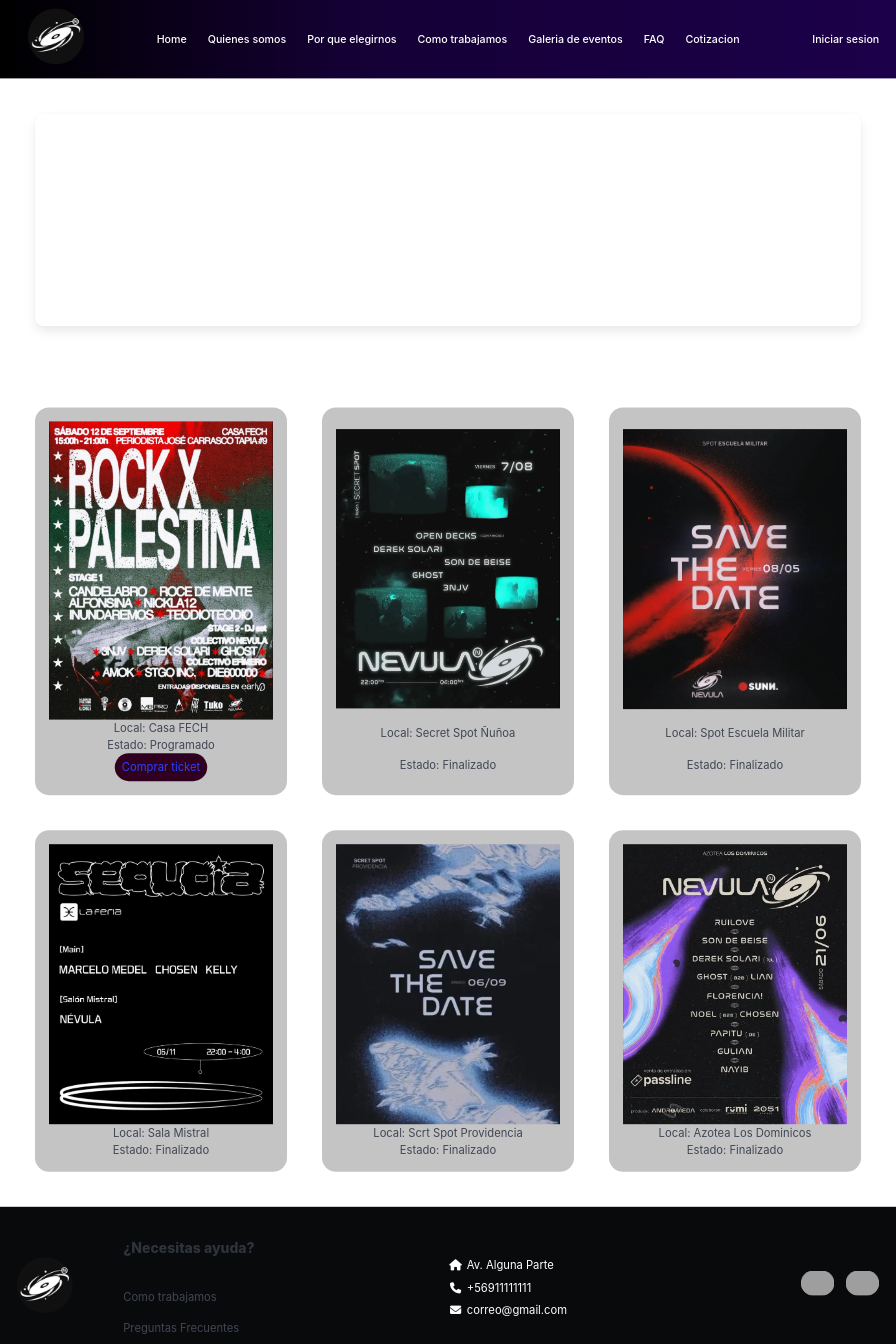
Repository: ChrisMalhue/PaginaNebula
Page: pages/eventos.html
An editor plug-in stored every save of this project. The page is shown before and after the next save, followed by the edit.
The browser window is 1280 px wide. The pictures show the part of the page from y = 0 to 1920 px (the page is 2003 px tall before and 2603 px after), at 70% of full size.
Pictures or frames that could not be fetched are drawn as grey boxes.

Above is the page before, as saved 2026-09-09 22:06:59.

### pages/eventos.html
<!DOCTYPE html>
<html lang="es">
<head>
    <meta charset="UTF-8">
    <meta name="viewport" content="width=device-width, initial-scale=1.0">
    <title>Eventos</title>
    <link rel="stylesheet" href="../styles/style.css">
    <link rel="stylesheet" href="https://cdn.jsdelivr.net/npm/bulma@1.0.4/css/bulma.min.css">
    <link rel="stylesheet" href="https://cdnjs.cloudflare.com/ajax/libs/font-awesome/6.5.1/css/all.min.css">
</head>
<body>
    <header id ="header"></header>

    <section id="trabajamos">

        <div class="trabajamos-item box mb-4">
                <p class="trabajamos-respuesta has-text-white">
                    En Nevula no improvisamos el viaje: cada evento parte con una órbita clara. Escuchamos tu idea, entendemos la energía que buscas y armamos el set pensando en tu público, no en una fórmula genérica. Llegamos con anticipación, probamos cada equipo y nos aseguramos de que todo esté listo para el despegue. Desde la primera conversación hasta el último track, trabajamos codo a codo contigo para que tu fiesta llegue nítida, potente y sin turbulencias.
                    <br>
                    <br>
                    Nuestro proceso es simple y directo:
                    <br>
                    <br>
                    1) Conocemos tu evento — hablamos contigo sobre el estilo, el público y la vibra que buscas.
                    <br>
                    2) Preparamos el set — seleccionamos música pensada exclusivamente para esa noche.
                    <br>
                    3) Llegamos antes — instalamos y probamos el equipo con tiempo de sobra.
                    <br>
                    4) Hacemos que la fiesta vuele — nos entregamos 100% para que la energía no baje hasta el final.
                </p>
        </div>
    </section>

    <section id="fotos">
        <div>
            <img src="/images/evento6.webp" alt="Evento 6">
            <p>Local: Casa FECH</p>
            <p>Estado: Programado</p>
            <a href="https://pro.byearly.com/"><button>Comprar ticket</button></a>
        </div>

        <div>
            <img src="/images/evento5.webp" alt="Evento 5">
            <p>Local: Secret Spot Ñuñoa</p>
            <p>Estado: Finalizado</p>
        </div>

        <div>
            <img src="/images/evento4.webp" alt="Evento 4">
            <p>Local: Spot Escuela Militar</p>
            <p>Estado: Finalizado</p>
        </div>

        <div>
            <img src="/images/evento3.webp" alt="Evento 3">
            <p>Local: Sala Mistral</p>
            <p>Estado: Finalizado</p>
        </div>

        <div>
            <img src="/images/evento2.webp" alt="Evento 2">
            <p>Local: Scrt Spot Providencia</p>
            <p>Estado: Finalizado</p>
        </div>

        <div>
            <img src="/images/evento1.webp" alt="Evento 1">
            <p>Local: Azotea Los Dominicos</p>
            <p>Estado: Finalizado</p>
        </div>
    </section>

        <section class="agregar box mt-4" id="agregar-evento">
        <div class="contenedor-agregar">

            <div class="campos-inputs">
                <div class="field">
                    <label class="label">Local del evento</label>
                    <div class="control">
                        <input class="input" type="text" id="local_evento" placeholder="Escribe aquí">
                    </div>
                </div>

                <div class="field">
                    <label class="label">Estado</label>
                    <div class="control">
                        <div class="select">
                            <select id="estado_evento">
                                <option value="Programado">Programado</option>
                                <option value="Finalizado">Finalizado</option>
                            </select>
                        </div>
                    </div>
                </div>

                <div class="field">
                    <label class="label">Imagen del evento</label>
                    <div class="control">
                        <input class="input" type="text" id="imagen_evento" placeholder="Pega el link aquí">
                    </div>
                </div>

                <div class="field">
                    <label class="label">Link para comprar entradas</label>
                    <div class="control">
                        <input class="input" type="text" id="link_evento" placeholder="Solo si está Programado">
                    </div>
                </div>
            </div>

            <div class="boton-contenedor">
                <button type="button" class="button is-primary" onclick="agregarEvento()">Agregar Evento</button>
            </div>

        </div>
    </section>
    <footer id="footer-container"></footer>
</body>
<script src="../scripts/script.js"></script>
</html>

### styles/style.css
@import "https://cdn.jsdelivr.net/npm/bulma@1.0.4/css/bulma.min.css";

.custom-navbar {
  /* Lienas encargadas del degradado */
  background: linear-gradient(to right, #000000 0%, #150036 40%, #1c004a 100%) !important;
  width: 100%;
  padding-right: 1.5rem;;
}

header{
  position: sticky;
  top: 0;
  z-index: 100; /* Esto es para que el header siempre quede al frente y no se bugee la pag al scrollear hacia abajo */
}

/* Forzar que las columnas de nebula ocupen todo el ancho */
.custom-navbar .container.columns {
  display: flex !important;
  width: 100%;
  max-width: 100% !important;   /* Esta linea salvo la pagina, estaba mal el header y con esto se centro bien*/
}

/* Seccion del logo a continuacion */

.logo-seccion {
  flex-shrink: 0; /* El shrink hace que el logo no se achique */
  margin-left: 40px;
}

.logo-texto {
  color: #ffffff !important;
  font-size: 1.3rem;
  font-weight: bold;
  display: flex;
  align-items: center;
  gap: 10px;
}

.andlogo{
  width: 80px;
  border-radius: 500px;
}

.menu-seccion {
  display: flex !important;
  justify-content: center !important;
  align-items: center !important;
  flex-grow: 1; /* Esto hace que ocupe todo el espacio entre los links */
  gap: 30px;    /* esto es para el espacio horizontal */
}

.nav-link {
  color: #ffffff !important;
  text-decoration: none;
  font-size: 0.95rem;
  font-weight: 500;
  padding: 5px 0;
  transition: color 0.3s ease;
  white-space: nowrap; /* esto evita que lo largo se separe en 2 lineas */
}

/* Body comienza aqui abajo*/

/* Contenedor, video y texto*/

/* Contenedor: centrado vertical en vez de flex-start, se ve más equilibrado */
.contenedor{
  display: flex;
  align-items: center;
  min-height: 800px;
  gap: 40px;
  padding-top: 60px;
  padding-bottom: 60px;
  background: linear-gradient(to bottom, #000000 0%, #1c004a 35%, #1b0036 70%, #690046 100%) !important;
}

/* Vídeo */
.video-box{
  background-size: cover;
  background-position: center;
  width: 50%;
  height: 700px;
  margin-left: 40px;
  border-radius: 90px;
}

/* Texto alineado a la izquierda, con ancho máximo para que no se disperse */
.texto-box{
  display: flex;
  align-items: flex-start;
  flex-direction: column;
  gap: 24px;
  max-width: 550px;
  padding-right: 40px;
}

/* Título Nevula */
.texto-box h1{
  color: #ffffff;
  font-weight: 700;
  font-size: clamp(2.5rem, 5vw, 4rem);
  letter-spacing: 4px;
  text-transform: uppercase;
  margin: 0;
}

/* Primer párrafo */
.texto-box p {
  color: rgba(255, 255, 255, 0.75);
  font-size: 1.05rem;
  line-height: 1.7;
  margin: 0;
}

/* Segundo párrafo */
.texto-box p:last-of-type {
  color: #ffffff;
  font-weight: 600;
  font-size: 1.15rem;
}

/* Elegirnos */
#elegirnos h2{
  text-align: center;
  margin-top: 20px;
  color: #020202;
  font-weight: 700;
  font-size: clamp(2.5rem, 5vw, 4rem);
  letter-spacing: 4px;
  text-transform: uppercase;
}

#elegirnos-grid{
  display: grid;
  flex-wrap: wrap;
  grid-template-columns: 1fr 1fr 1fr;
  column-gap: 50px;
  row-gap: 50px;
  margin: 50px;
}

#elegirnos-grid img{
  width: 130px;
}

#elegirnos-grid div{
  display: flex;
  flex-direction: column;
  justify-content: space-around;
  align-items: center;
  background-color: #3636364b;
  border-radius: 20px;
  padding: 20px;
}

/* Historial de Eventos */
#fotos{
  display: grid;
  flex-wrap: wrap;
  grid-template-columns: 1fr 1fr 1fr;
  column-gap: 50px;
  row-gap: 50px;
  margin: 50px;
}

#fotos div{
  display: flex;
  flex-direction: column;
  justify-content: space-around;
  align-items: center;
  background-color: #3636364b;
  border-radius: 20px;
  padding: 20px;
}

#fotos div:hover{
  color: white;
  background-color: #240049ab;
  transition: 0.3s;
}

#fotos div button{
  background-color: #300020;
  padding: 10px;
  border-radius: 20px;
}

#fotos div button:hover{
  background-color: #5c003d;
  transition: 0.3s;
}

.trabajamos-item{
  width: 1500px;
}

#trabajamos{
  display: flex;
  align-items: center;
  justify-content: center;
  padding: 50px;
}

.trabajamos-respuesta{
  text-align: justify;
}

/* CSS de footer */
.footer{
  padding: 40px 20px;
}

.andlogo{
  max-width: 120px;
  height: auto;
}

.gap-2{
  gap: 8px;
}

.gap-3{
  gap: 16px;
}

/* Media queries */
@media screen and (max-width: 768px) {
.footer .columns {
  flex-direction: column;
  align-items: center;
  text-align: center;
}



.footer .column {
  margin-left: 0 !important;
  margin-bottom: 1.5rem;
  width: 100%;
}



.footer .is-flex {
  justify-content: center !important;
}

}

### scripts/script.js
// Header

function inyectarHeader(){

    document.getElementById("header").innerHTML = `
    <nav class="custom-navbar py-3">
        <div class="container columns is-vcentered is-mobile m-0">

            <!-- Sección 1: Logotipo (Izquierda) -->
            <section class="column is-narrow p-0 logo-seccion">
                <h1 class="logo-texto">
                  <a href="/index.html">
                    <img class="andlogo" src="/images/logo.webp">
                  </a>
                </h1>
            </section>

            <!-- Sección 2: Enlaces (Centro) -->
            <section class="column is-flex is-justify-content-center p-0 menu-seccion">
                <a class="nav-link is-active" href="../index.html">Home</a>
                <a class="nav-link" href="../index.html#quienes">Quienes somos</a>
                <a class="nav-link" href="../index.html#elegirnos">Por que elegirnos</a>
                <a class="nav-link" href="../pages/eventos.html#trabajamos">Como trabajamos</a>
                <a class="nav-link" href="../pages/eventos.html#fotos">Galeria de eventos</a>
                <a class="nav-link" href="../pages/faqcotiza.html#faq">FAQ</a>
                <a class="nav-link" href="../pages/faqcotiza.html#cotizacion">Cotizacion</a>
            </section>

            <section class="sin_cuenta">
              <a class="nav-link" href="../pages/inicio_secion.html">Iniciar sesion</a>
            </section>

            <section class="con_cuenta">
              <button onclick="cerrarSesion()">Cerrar sesion</button>
            </section>


        </div>
    </nav>`;

    // Aqui vemos si hay alguna sesion creada para despues mosrtar el boton que toque
    const estaLogueado = localStorage.getItem("logueado") === "true";
    const sinCuenta = document.querySelector(".sin_cuenta");
    const conCuenta = document.querySelector(".con_cuenta");

    if (estaLogueado) {
        sinCuenta.style.display = "none";
        conCuenta.style.display = "flex";
    } else {
        sinCuenta.style.display = "flex";
        conCuenta.style.display = "none";
    }

}

// Funciones medias

function recibirDatos(event) {
    event.preventDefault(); // Evita que la página se recargue y se pierda la información

    // Muestra el cuadro nativo con tu mensaje personalizado
    alert("Recibimos tu solicitud, te contactaremos en breve.");

    // Deja todos los campos del formulario completamente vacíos
    event.target.reset();
}

function recibirDatosLogin(event) {
    event.preventDefault();

    const usuarioValido = "admin";
    const contrasenaValida = "1234";

    const form = event.target;
    const usuarioIngresado = document.getElementById("usuario").value;
    const contrasenaIngresada = document.getElementById("contrasena").value;

    if (usuarioIngresado === usuarioValido && contrasenaIngresada === contrasenaValida) {
        localStorage.setItem("logueado", "true");
        window.location.href = "../index.html";
    } else {
        alert("Usuario o contraseña incorrecto");
    }
}

function cerrarSesion() {
    localStorage.removeItem("logueado");
    window.location.href = "../index.html";
}

// Footer

function inyectaFooter(){

  const footerHTML = `
    <footer class="footer has-background-black has-text-white">
    <div class="columns is-vcentered is-justify-content-space-between">
      <div class="column is-narrow">
        <a href="/index.html">
          <img class="andlogo" src="/images/logo.webp">
        </a>
      </div>
      <div class="column is-narrow ml-6">
        <p class="title is-5">¿Necesitas ayuda?</p>
        <br>
        <p class="subtitle is-6"><a class="has-text-current" href="/pages/eventos.html">Como trabajamos</a></p>
        <p class="subtitle is-6"><a class="has-text-current" href="/pages/faqcotiza.html">Preguntas Frecuentes</a></p>
      </div>

      <div class="column is-flex is-justify-content-flex-end">
        <div class="is-flex is-flex-direction-column gap-2">
          <span class="icon-text">
            <span class="icon"><i class="fa-solid fa-house"></i></span>
            <span>Av. Alguna Parte</span>
          </span>
          <span class="icon-text">
            <span class="icon"><i class="fa-solid fa-phone"></i></span>
            <span>+56911111111</span>
          </span>
          <span class="icon-text">
            <span class="icon"><i class="fa-solid fa-envelope"></i></span>
            <span>correo@gmail.com</span>
          </span>
        </div>
      </div>
      <div class="column is-flex is-justify-content-flex-end">
        <div class="is-flex is-flex-direction-row is-align-items-center gap-3">
          <a href="https://www.instagram.com/nevula.scl/" target="_blank">
            <figure class="image is-48x48">
              <img class="is-rounded" src="https://encrypted-tbn0.gstatic.com/images?q=tbn:ANd9GcR8HUwsS-_LkMQoYL66F7AUH5X4HwhDjzCNMg-_jlvPxQ&s=10" />
            </figure>
          </a>
          <a href="https://www.youtube.com/channel/UCa-jOKgfq2FLccvHXteRdpQ" target="_blank">
            <figure class="image is-48x48">
              <img class="is-rounded" src="https://www.icosix.com/uploads/icons/2025/09/youtube.png" />
            </figure>
          </a>
        </div>
      </div>
    </div>
  </footer>`;

  const container = document.getElementById('footer-container');
  if (container) {
    container.innerHTML = footerHTML;
  }
}

// Funcion de eventos

function agregarEvento() {

    const local = document.getElementById("local_evento").value;
    const estado = document.getElementById("estado_evento").value;
    const imagen = document.getElementById("imagen_evento").value;
    const link = document.getElementById("link_evento").value;

    // Validacion de campos vacios
    if (!local || !imagen) {
        alert("Por favor completa el local y la imagen del evento.");
        return;
    }

    if (estado === "Programado" && !link) {
        alert("Los eventos Programados necesitan un link para comprar entradas.");
        return;
    }

    const contenedorFotos = document.getElementById("fotos");

    // Parecido al trabajo de cartas, se crea el contenedor
    const nuevoEvento = document.createElement("div");

    // el boton de comrpa se muestra solo si el estado agregado es programado
    const botonHTML = estado === "Programado"
        ? `<a href="${link}" target="_blank"><button>Comprar ticket</button></a>`
        : "";

    nuevoEvento.innerHTML = `
        <img src="${imagen}" alt="${local}">
        <p>Local: ${local}</p>
        <p>Estado: ${estado}</p>
        ${botonHTML}
    `;

    contenedorFotos.prepend(nuevoEvento);

    // Limpiamos el formulario
    document.getElementById("local_evento").value = "";
    document.getElementById("imagen_evento").value = "";
    document.getElementById("link_evento").value = "";
}

function controlarVistaAdmin() {
    const estaLogueado = localStorage.getItem("logueado") === "true";
    const seccionAgregar = document.getElementById("agregar-evento");

    if (seccionAgregar) {
        seccionAgregar.style.display = estaLogueado ? "block" : "none";
    }
}

inyectaFooter();
inyectarHeader();
controlarVistaAdmin();

After the next save:
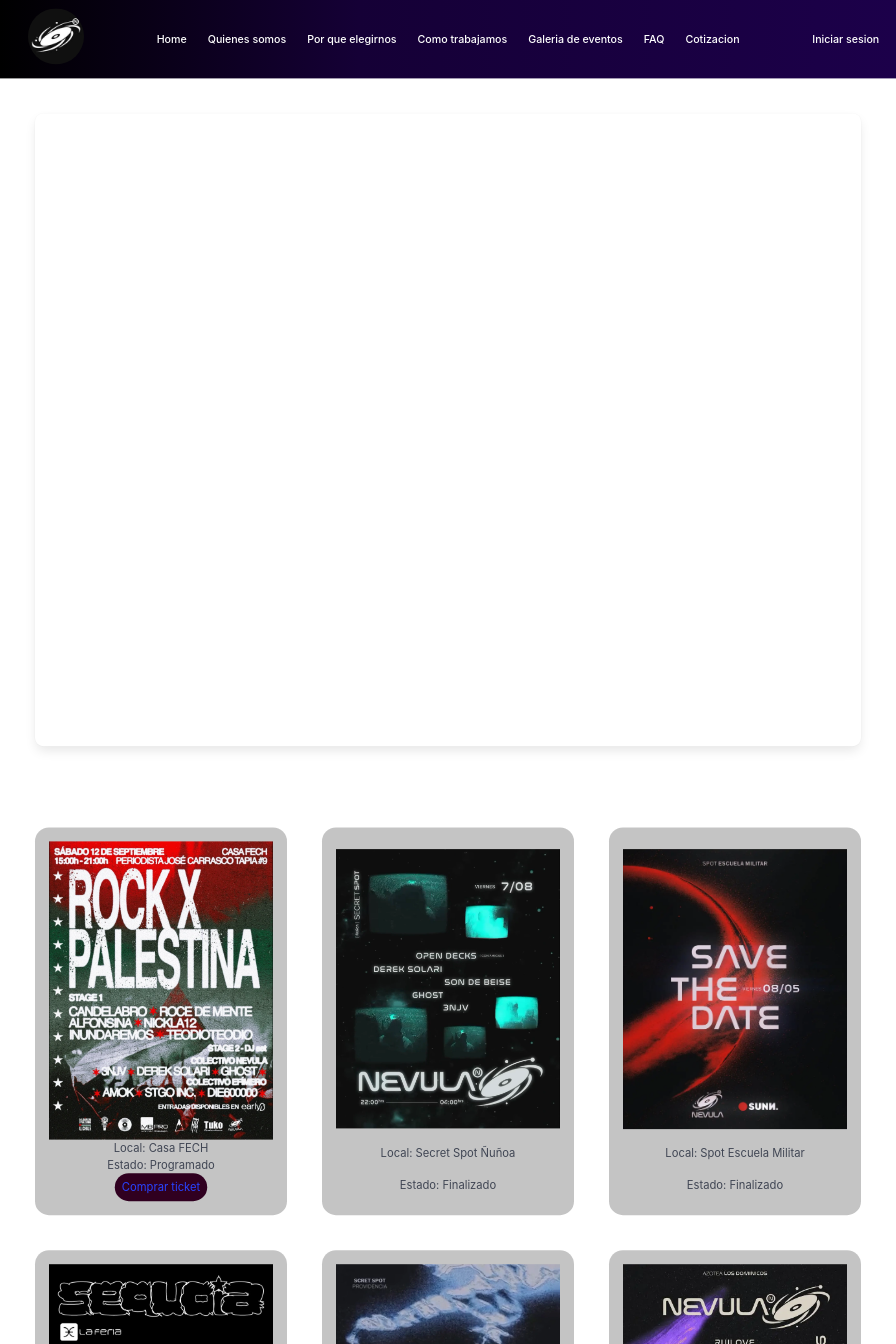
Saved 47 s later.
--- a/pages/eventos.html
+++ b/pages/eventos.html
@@ -14,7 +14,7 @@
     <section id="trabajamos">
 
         <div class="trabajamos-item box mb-4">
-                <p class="trabajamos-respuesta has-text-white">
+                <p class="trabajamos-respuesta is-size-3 has-text-white">
                     En Nevula no improvisamos el viaje: cada evento parte con una órbita clara. Escuchamos tu idea, entendemos la energía que buscas y armamos el set pensando en tu público, no en una fórmula genérica. Llegamos con anticipación, probamos cada equipo y nos aseguramos de que todo esté listo para el despegue. Desde la primera conversación hasta el último track, trabajamos codo a codo contigo para que tu fiesta llegue nítida, potente y sin turbulencias.
                     <br>
                     <br>
